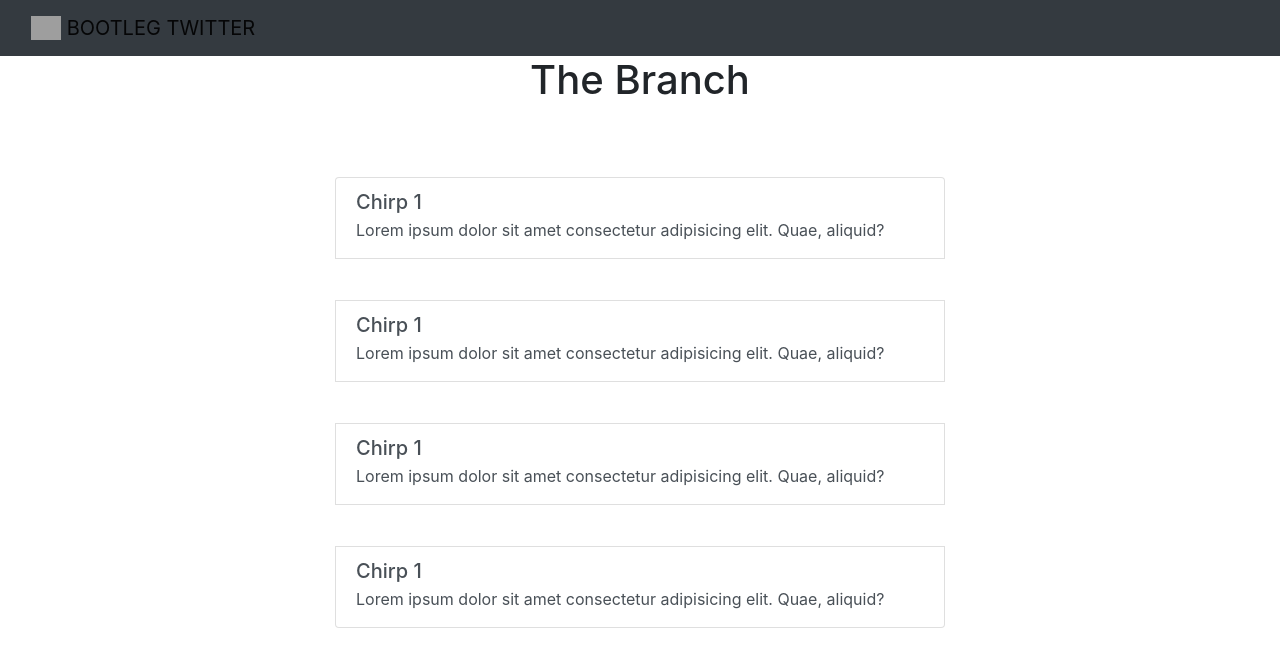
Repository: DavidDontKnow/BootlegTwitter
Page: html/FEED.HTML
These files come from the project's save history. The page is drawn as it stood at one moment and after the next save; the edit follows.
The browser window is 1280 px wide. The pictures show the whole page.
Pictures or frames that could not be fetched are drawn as grey boxes.

Above is the page before, as saved 2023-04-06 11:06:26.

After the next save:
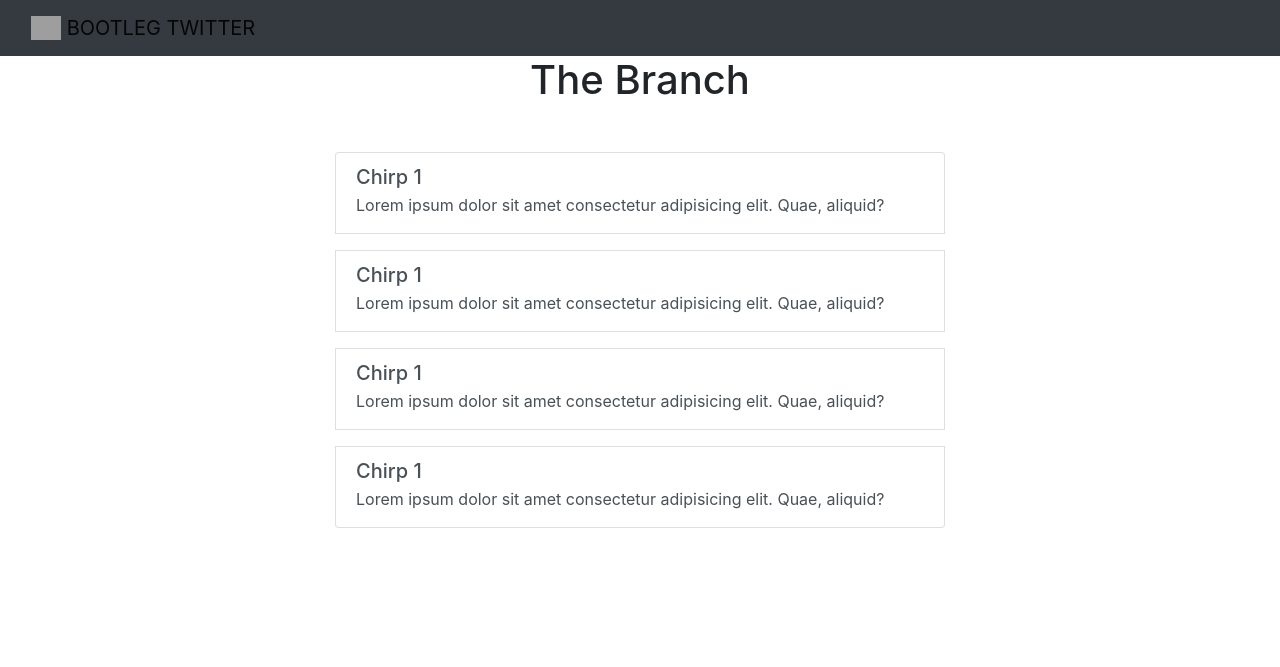
Saved 7 s later.
--- a/html/FEED.HTML
+++ b/html/FEED.HTML
@@ -6,9 +6,7 @@
     <meta name="viewport" content="width=device-width, initial-scale=1.0">
     <link rel="stylesheet" href="https://maxcdn.bootstrapcdn.com/bootstrap/4.5.2/css/bootstrap.min.css">
     <style>
-      .list-group-item {
-        margin-top: 25px;
-      }
+
     </style>
     <title>Login</title>
 </head>
